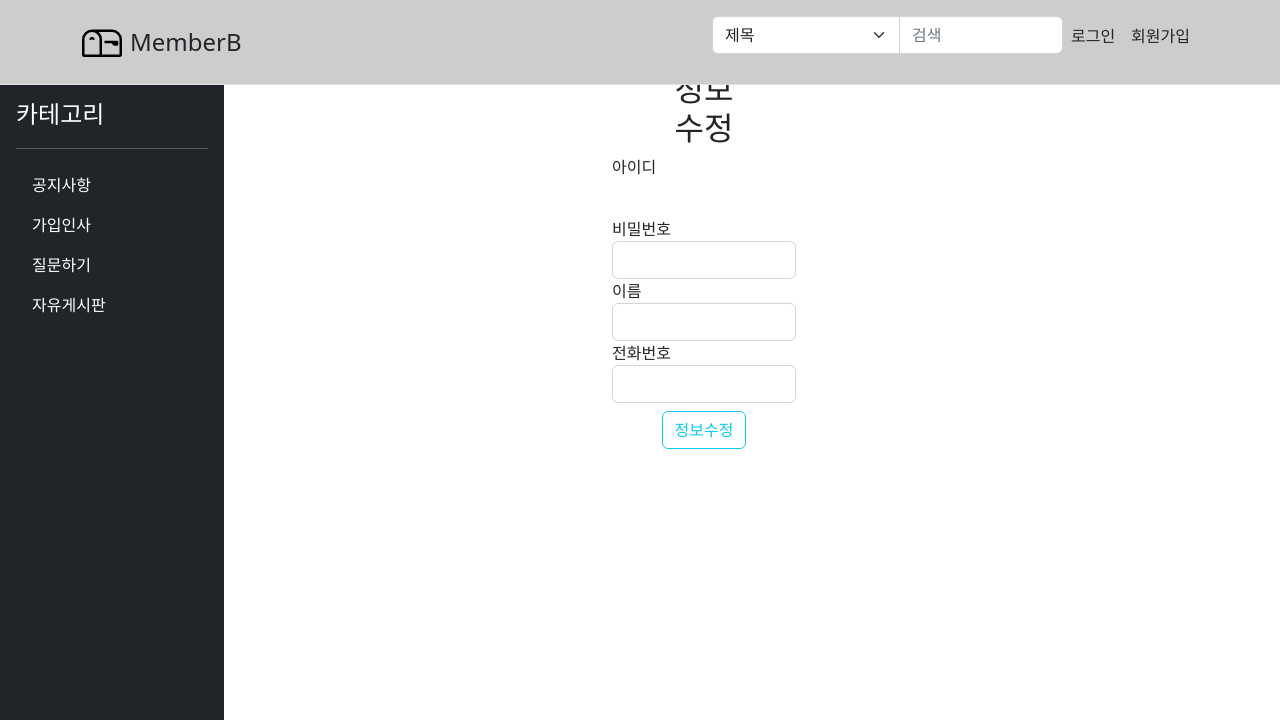
Repository: charmErin/board_220915
Page: http://localhost/board/WEB-INF/views/member/update.jsp
These files come from the project's save history. The page is drawn as it stood at one moment and after the next save; the edit follows.
The browser window is 1280 px wide. The pictures show the whole page.
The page is served by Tomcat 9. Nobody is signed in. The template is opened directly, without the code that normally fills it, so the values that code supplies are empty.

Above is the page before, as saved 2022-09-16 02:42:22.
Console error: SyntaxError: Unexpected token ';'

After the next save:
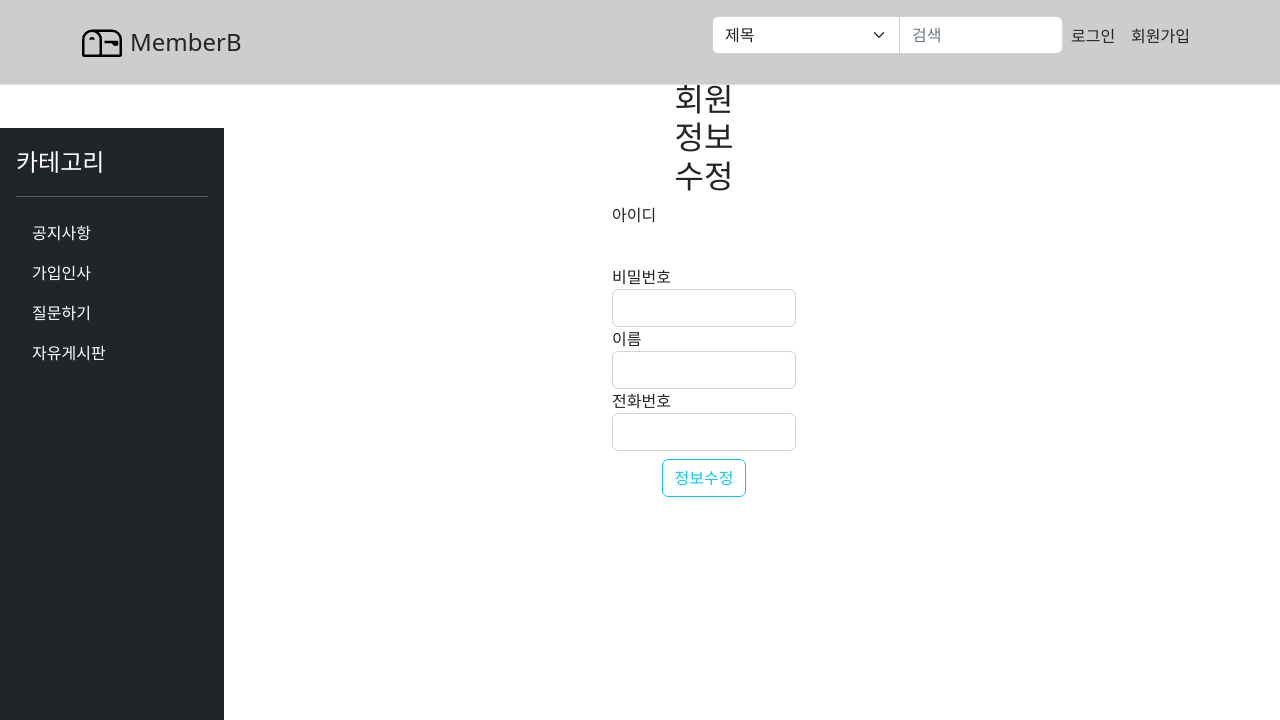
Saved 30 s later.
--- a/board/src/main/webapp/WEB-INF/views/member/update.jsp
+++ b/board/src/main/webapp/WEB-INF/views/member/update.jsp
@@ -7,7 +7,7 @@
 <title>Insert title here</title>
 <style>
 	.body-content {
-		margin-top: 2rem;
+		margin-top: 5rem;
 		margin-left: 15rem;
 		padding-left: 3rem;
 		padding-right: 10rem;
